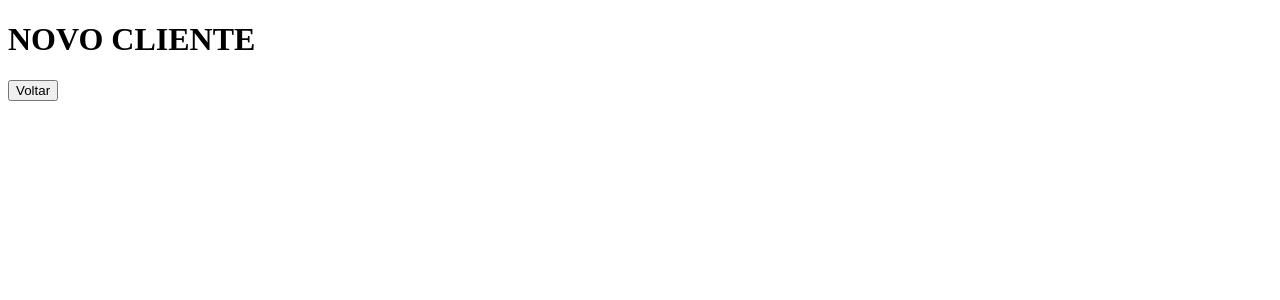
Repository: diegokunha/LojinhaGuru
Page: http://localhost/LojinhaGuru/adicionaCliente
The author's editor kept a copy of each file at every save. The page is drawn from the files as they stood at one save, then again after the next save.
The browser window is 1280 px wide. The pictures show the whole page.
Some web libraries are served in a nearby version. The page is served by Tomcat 9. Other server files are loaded and not shown.

Above is the page before, as saved 2017-10-04 00:46:17.

### LojinhaGuru/WebContent/WEB-INF/views/jsp/adicionaCliente.jsp
<%@ page language="java" contentType="text/html; charset=ISO-8859-1"
    pageEncoding="ISO-8859-1"%>
<!DOCTYPE html PUBLIC "-//W3C//DTD HTML 4.01 Transitional//EN" "http://www.w3.org/TR/html4/loose.dtd">
<html>
<head>
<meta http-equiv="Content-Type" content="text/html; charset=ISO-8859-1">
<title>Insert title here</title>
</head>
<body>
<h1>NOVO CLIENTE</h1>
<div class="container">
		<form>
			<a href="clientes"><button type="button" class="btn btn-danger">Voltar</button></a>
		</form>
	</div>
</body>
</html>

After the next save:
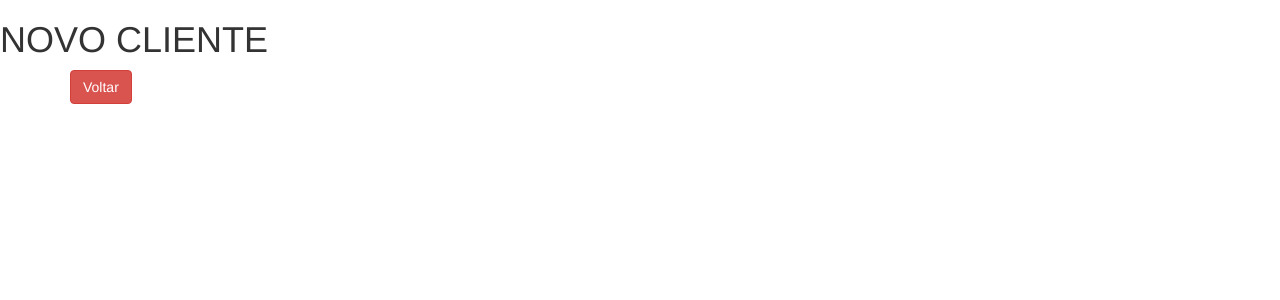
Saved 64 s later.
--- a/LojinhaGuru/WebContent/WEB-INF/views/jsp/adicionaCliente.jsp
+++ b/LojinhaGuru/WebContent/WEB-INF/views/jsp/adicionaCliente.jsp
@@ -1,9 +1,20 @@
-<%@ page language="java" contentType="text/html; charset=ISO-8859-1"
-    pageEncoding="ISO-8859-1"%>
+<%@ page language="java" contentType="text/html; charset=utf-8"
+    pageEncoding="utf-8"%>
 <!DOCTYPE html PUBLIC "-//W3C//DTD HTML 4.01 Transitional//EN" "http://www.w3.org/TR/html4/loose.dtd">
 <html>
 <head>
-<meta http-equiv="Content-Type" content="text/html; charset=ISO-8859-1">
+<meta http-equiv="Content-Type" content="text/html; charset=utf-8">
+<!-- Latest compiled and minified CSS -->
+<link rel="stylesheet"
+	href="https://maxcdn.bootstrapcdn.com/bootstrap/3.3.7/css/bootstrap.min.css" />
+
+<!-- jQuery library -->
+<script
+	src="https://ajax.googleapis.com/ajax/libs/jquery/3.2.1/jquery.min.js"></script>
+
+<!-- Latest compiled JavaScript -->
+<script
+	src="https://maxcdn.bootstrapcdn.com/bootstrap/3.3.7/js/bootstrap.min.js"></script>
 <title>Insert title here</title>
 </head>
 <body>
